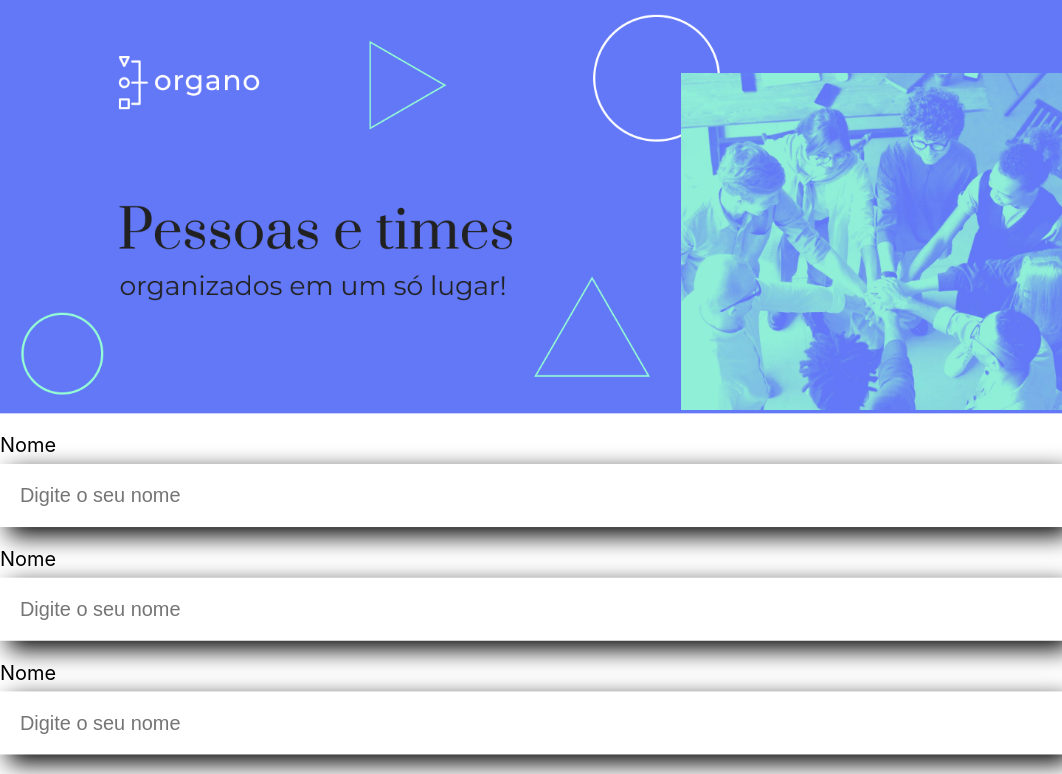
Repository: Joao-Carlos-Garcia-DEV/organo
Page: /
These files come from the project's save history. The page is drawn as it stood at one moment and after a run of saves; the edit follows.
The browser window is 1280 px wide. The pictures show the whole page, at 83% of full size.
The project was rebuilt for these pictures with package versions that can differ from the ones it lists, and the page was loaded fresh each time.

Above is the page before, as saved 2024-07-08 20:16:37.

After the next 2 saves:
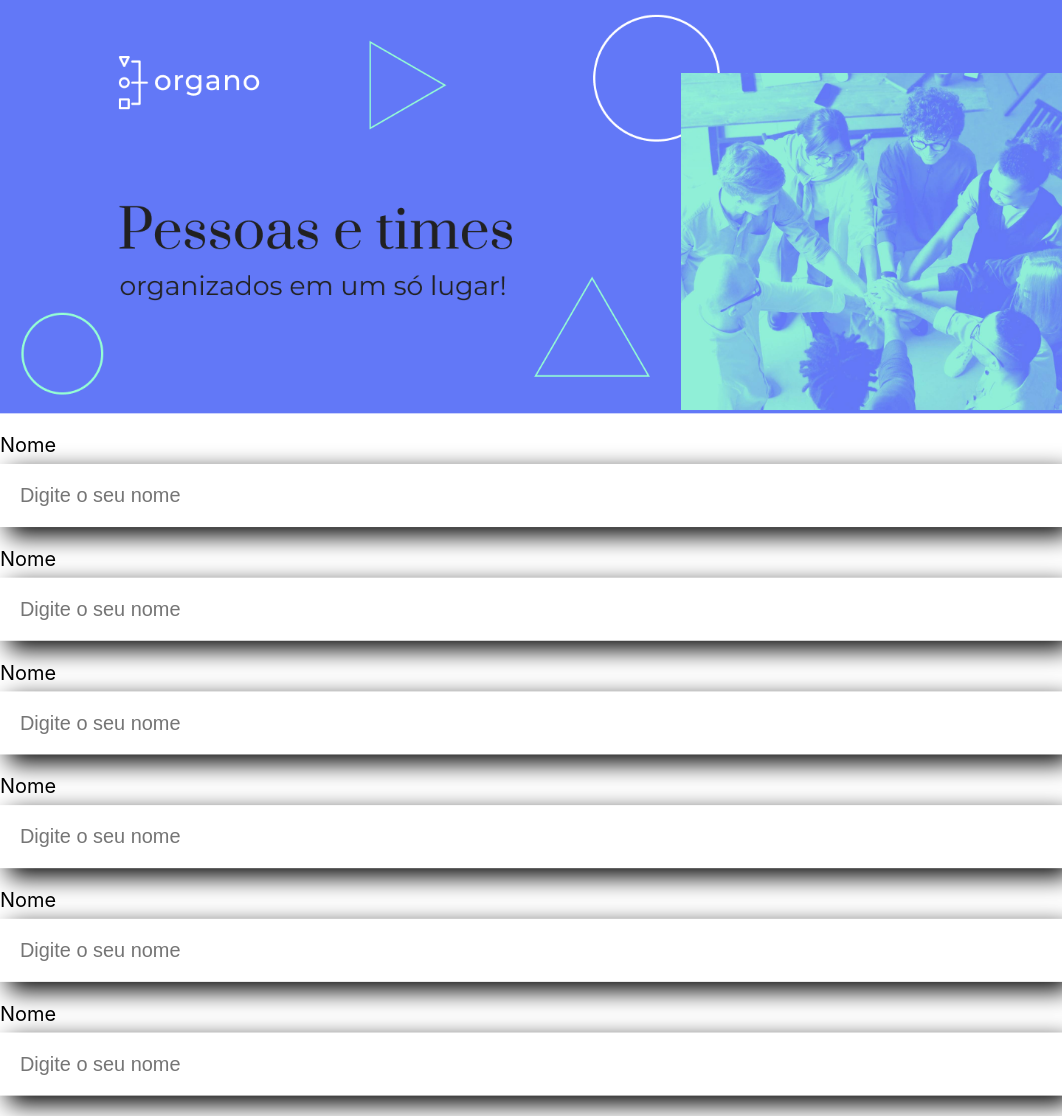
The 2 saves are shown as one change because they came seconds apart.
The last was saved 8 min 50 s later.
--- a/src/App.js
+++ b/src/App.js
@@ -8,7 +8,13 @@
       <Banner />
       <CampoTexto Label="Nome"/>
       <CampoTexto Label="Cargo"/>
-      <CampoTexto Label="Imagem"/>
+      <CampoTexto Label="Imagem" />
+
+      <CampoTexto label="Nome" />
+      <CampoTexto label="Cargo" />
+      <CampoTexto label="Imagem" />
+
+
     </div>
   );
 }

After the 2 saves that followed:
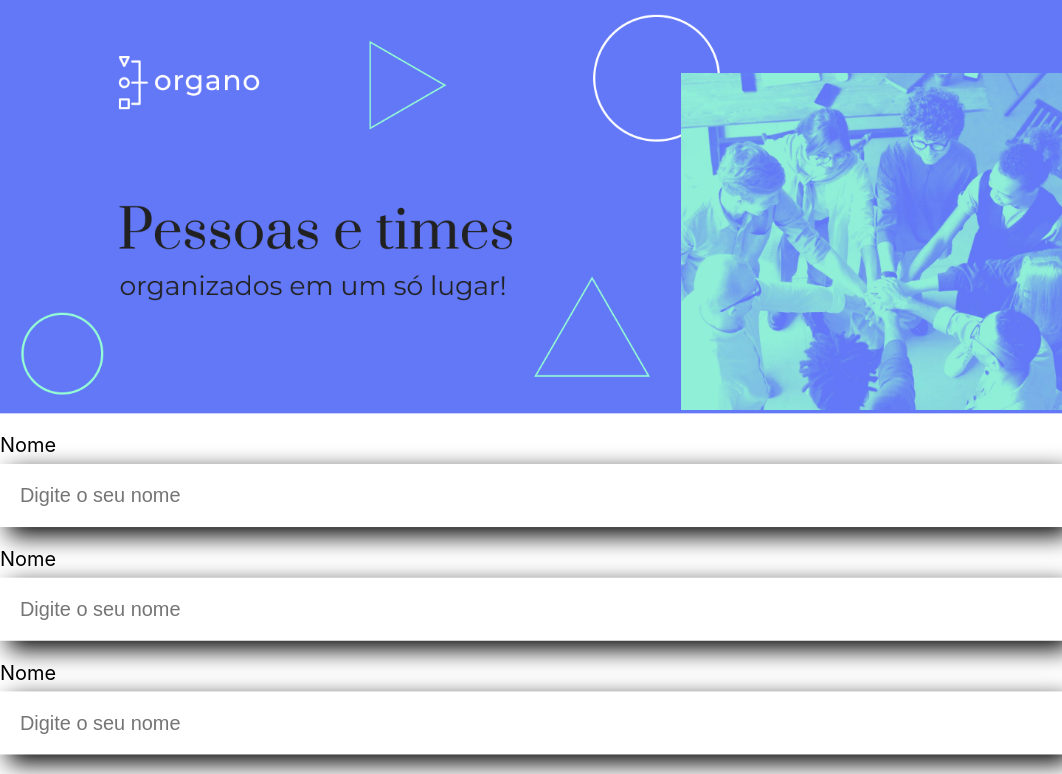
The 2 saves are shown as one change because they came seconds apart.
The last was saved 19 s later.
--- a/src/App.js
+++ b/src/App.js
@@ -6,11 +6,7 @@
   return (
     <div className="App">
       <Banner />
-      <CampoTexto Label="Nome"/>
-      <CampoTexto Label="Cargo"/>
-      <CampoTexto Label="Imagem" />
-
-      <CampoTexto label="Nome" />
+            <CampoTexto label="Nome" />
       <CampoTexto label="Cargo" />
       <CampoTexto label="Imagem" />
 
